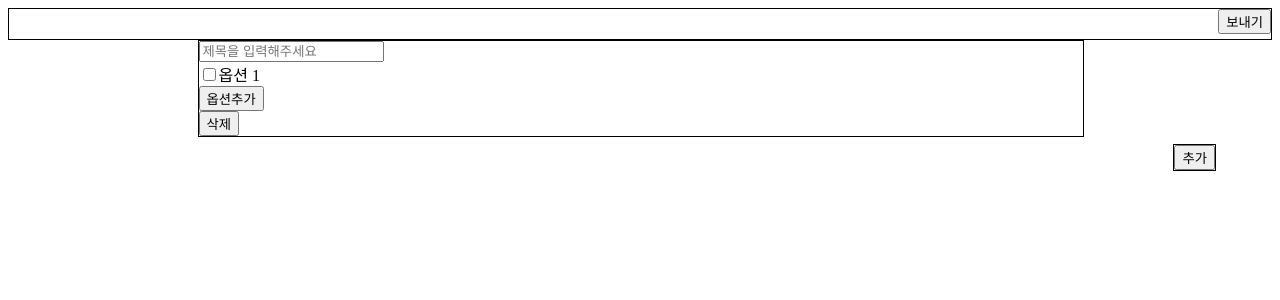
Repository: binigy97/VoteStie
Page: voteWeb/src/main/webapp/index.html
These files come from the project's save history. The page is drawn as it stood at one moment and after the next save; the edit follows.
The browser window is 1280 px wide. The pictures show the whole page.

Above is the page before, as saved 2022-03-03 09:30:23.

After the next save:
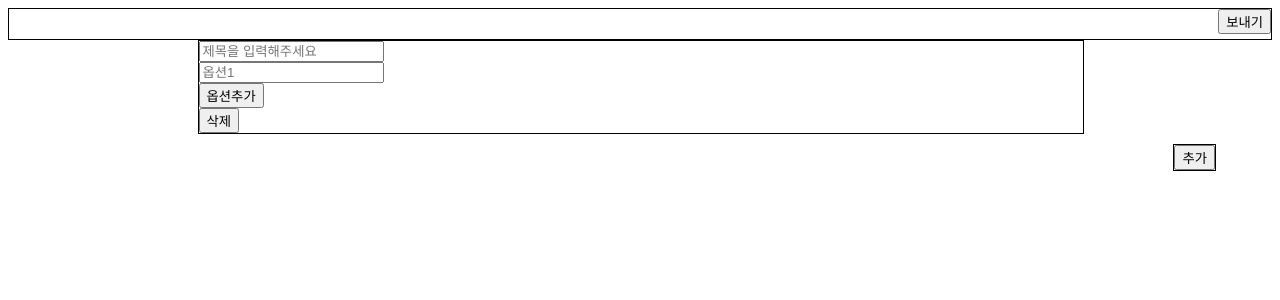
Saved 30 min 43 s later.
--- a/voteWeb/src/main/webapp/index.html
+++ b/voteWeb/src/main/webapp/index.html
@@ -48,7 +48,7 @@ div > label:last-child {
 		<form action="add_op_btn">
 			<input type="text" name="title" placeholder="제목을 입력해주세요">
 			<div>
-				<label><input type="checkbox" name="op1">옵션 1</label>
+				<label><input type="text" name="op1" placeholder="옵션1"></label>
 				<input type="submit" value="옵션추가">
 			</div>
 			<div>
